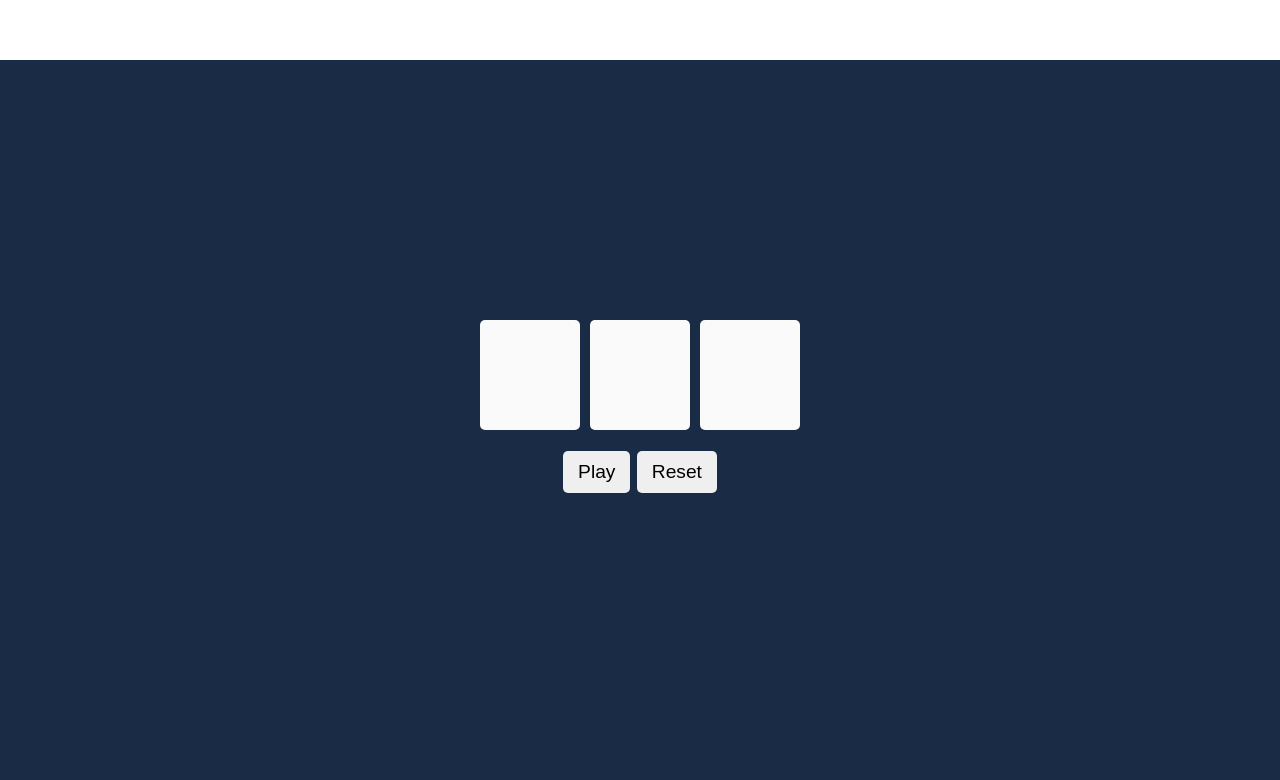
Repository: HERBOD7/slotmachine
Page: /
An editor plug-in stored every save of this project. The page is shown before and after a run of saves, followed by the edit.
The browser window is 1280 px wide. The pictures show the whole page.
The project was rebuilt for these pictures with package versions that can differ from the ones it lists, and the page was loaded fresh each time. Also part of the build but not shown: vue.config.js.

Above is the page before, as saved 2023-07-21 15:27:04.

### src/App.vue
<template>
  <div id="app">
    <div class="doors">
      <div class="door" v-for="i in 3" :key="i">
        <!-- <transition
          v-on:enter="enter"
          v-on:leave="leave"
        > -->
        <div class="boxes">
          <!-- <div class="box">?</div> -->
        </div>
        <!-- </transition> -->
      </div>
    </div>

    <div class="buttons">
      <button @click="spin" id="spinner">Play</button>
      <button @click="init" id="reseter">Reset</button>
    </div>
  </div>
</template>

<script>
// import HelloWorld from "./components/HelloWorld.vue";

export default {
  name: "App",
  components: {
    // HelloWorld,
  },
  data() {
    return {
      symbols: ["🍋", "🍉", "🍒", "🍊"],
    };
  },
  created() {
    this.init();
  },
  methods: {
    init(firstInit = true, groups = 1, duration = 1) {
      const doors = document.querySelectorAll(".door");
      for (const door of doors) {
        if (firstInit) {
          door.dataset.spinned = "0";
        } else if (door.dataset.spinned === "1") {
          return;
        }

        const boxes = door.querySelector(".boxes");
        const boxesClone = boxes.cloneNode(false);
        const pool = ["❓"];

        if (!firstInit) {
          const arr = [];
          for (let n = 0; n < (groups > 0 ? groups : 1); n++) {
            arr.push(...this.symbols);
          }
          pool.push(...this.shuffle(arr));

          boxesClone.addEventListener(
            "transitionstart",
            function () {
              door.dataset.spinned = "1";
              this.querySelectorAll(".box").forEach((box) => {
                box.style.filter = "blur(1px)";
              });
            },
            { once: true }
          );

          boxesClone.addEventListener(
            "transitionend",
            function () {
              this.querySelectorAll(".box").forEach((box) => {
                box.style.filter = "blur(0)";
                // if (index > 0) this.removeChild(box);
              });
            },
            { once: true }
          );
        }

        for (let i = pool.length - 1; i >= 0; i--) {
          const box = document.createElement("div");
          box.classList.add("box");
          box.style.width = door.clientWidth + "px";
          box.style.height = door.clientHeight + "px";
          box.textContent = pool[i];
          boxesClone.appendChild(box);
        }
        boxesClone.style.transitionDuration = `${duration > 0 ? duration : 1}s`;
        boxesClone.style.transform = `translateY(-${
          door.clientHeight * (pool.length - 1)
        }px)`;
        door.replaceChild(boxesClone, boxes);
      }
    },
    enterTransition() {
      console.log("a");
    },
    async spin() {
      this.init(false, 1, 2);
      const doors = document.querySelectorAll(".door");
      for (const door of doors) {
        const boxes = door.querySelector(".boxes");
        const duration = parseInt(boxes.style.transitionDuration);
        boxes.style.transform = "translateY(0)";
        await new Promise((resolve) => setTimeout(resolve, duration * 100));
      }
    },
    shuffle([...arr]) {
      let m = arr.length;
      while (m) {
        const i = Math.floor(Math.random() * m--);
        [arr[m], arr[i]] = [arr[i], arr[m]];
      }
      return arr;
    },
  },
};
</script>

<style>
#app {
  font-family: Avenir, Helvetica, Arial, sans-serif;
  -webkit-font-smoothing: antialiased;
  -moz-osx-font-smoothing: grayscale;
  text-align: center;
  color: #2c3e50;
  margin-top: 60px;
}

body {
  width: 100vw;
  height: 100vh;
  margin: 0;
  padding: 0;
}

#app {
  width: 100%;
  height: 100%;
  background: #1a2b45;
  display: flex;
  flex-direction: column;
  justify-content: center;
  align-items: center;
}

.doors {
  display: flex;
}

.door {
  background: #fafafa;
  width: 100px;
  height: 110px;
  overflow: hidden;
  border-radius: 5px;
  margin: 5px;
}

.boxes {
  transform: translateY(0);
  transition: transform 1s ease-in-out;
}

.box {
  display: flex;
  justify-content: center;
  align-items: center;
  font-size: 3rem;
}

.buttons {
  margin: 1rem 0 2rem 0;
}

button {
  cursor: pointer;
  font-size: 1.2rem;
  margin: 0 0.2rem;
  border: none;
  border-radius: 5px;
  padding: 10px 15px;
}

.info {
  position: fixed;
  bottom: 0;
  width: 100%;
  text-align: center;
}
</style>

Loaded but not shown: public/index.html (common file); src/main.js (common file)

After the next 2 saves:
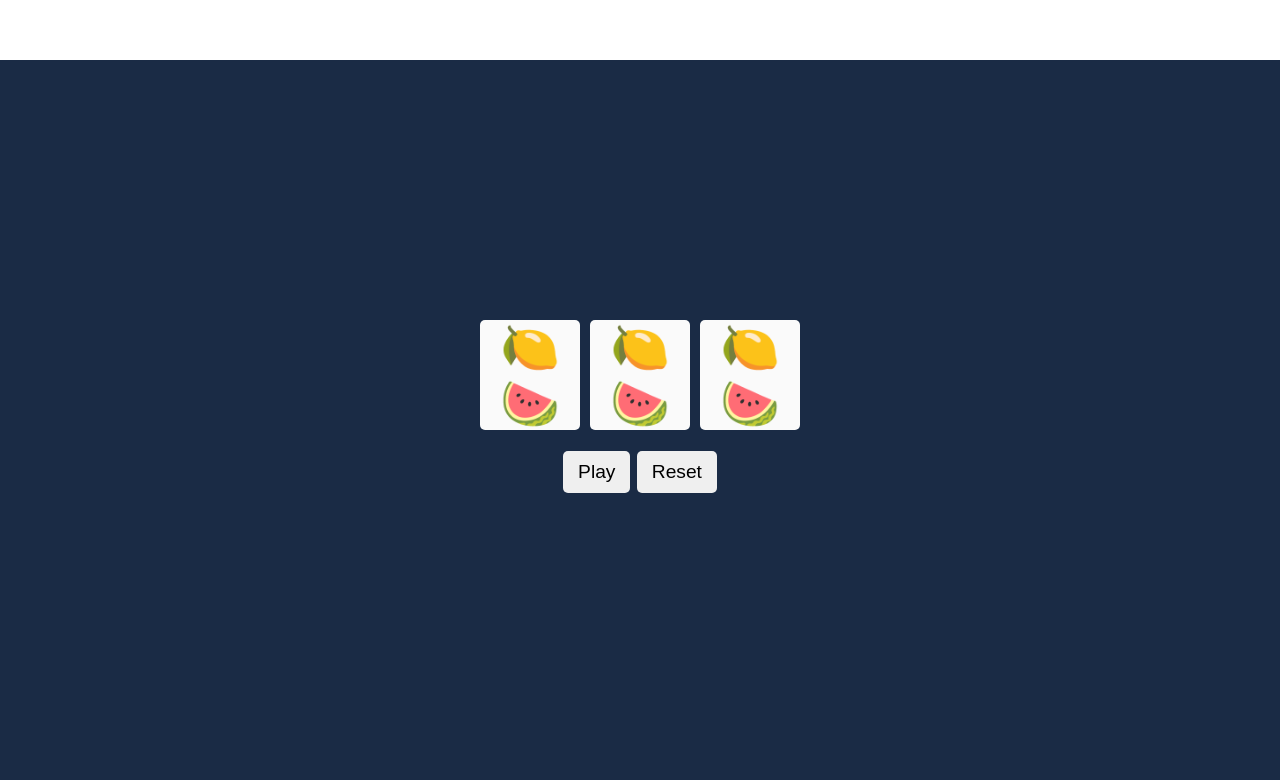
The 2 saves are shown as one change because 1 did not build or start.
The last was saved 15 min 53 s later.
--- a/src/App.vue
+++ b/src/App.vue
@@ -7,7 +7,9 @@
           v-on:leave="leave"
         > -->
         <div class="boxes">
-          <!-- <div class="box">?</div> -->
+          <div class="box" v-for="(symbol, index) in symbols" :key="index">
+            {{ symbol }}
+          </div>
         </div>
         <!-- </transition> -->
       </div>
@@ -31,6 +33,8 @@ export default {
   data() {
     return {
       symbols: ["🍋", "🍉", "🍒", "🍊"],
+      transitionstart: false,
+      transitionend: false,
     };
   },
   created() {
@@ -96,7 +100,7 @@ export default {
       }
     },
     enterTransition() {
-      console.log("a");
+      this.transitionstart = true;
     },
     async spin() {
       this.init(false, 1, 2);
